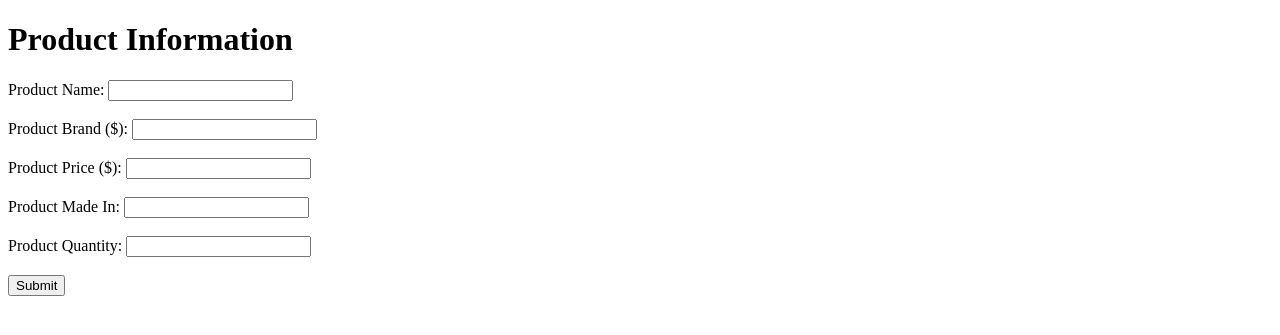
Repository: sohail1810/Product
Page: http://localhost/add-product
The author's editor kept a copy of each file at every save. The page is drawn from the files as they stood at one save, then again after the next save.
The browser window is 1280 px wide. The pictures show the whole page.
The page is this project's Thymeleaf template; nobody is signed in. The template is opened directly, without the code that normally fills it, so the values that code supplies are empty.

Above is the page before, as saved 2024-12-18 07:02:47.

### SpringBootMVC-1/src/main/resources/templates/add-product.html
<!DOCTYPE html>
<html>
<head>
<meta charset="UTF-8">

</head>
<body>
<!DOCTYPE html>
<html lang="en">
<head>
    <meta charset="UTF-8">
    <meta name="viewport" content="width=device-width, initial-scale=1.0">
    <title>Product Information Form</title>
</head>
<body>
    <h1>Product Information</h1>
    <form action="/submit" method="post">
        <label for="productname">Product Name:</label>
        <input type="text" id="productname" name="productname" required><br><br>

        <label for="productbrand">Product Brand ($):</label>
        <input type="text" id="productbrand" name="productbrand" step="0.01" required><br><br>

        <label for="productprice">Product Price ($):</label>
        <input type="number" id="productprice" name="productprice" step="0.01" required><br><br>

        <label for="productmadeIn">Product Made In:</label>
        <input type="text" id="productmadeIn" name="productmadeIn" required><br><br>

        <label for="productquantity">Product Quantity:</label>
        <input type="number" id="productquantity" name="productquantity" required><br><br>

        <button type="submit">Submit</button>
    </form>
</body>
</html>


</body>
</html>

After the next save:
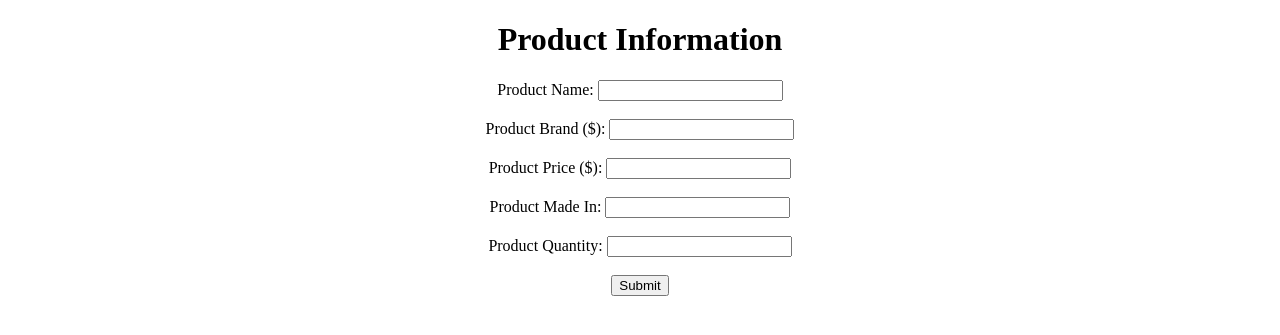
Saved 47 s later.
--- a/SpringBootMVC-1/src/main/resources/templates/add-product.html
+++ b/SpringBootMVC-1/src/main/resources/templates/add-product.html
@@ -13,7 +13,7 @@
     <title>Product Information Form</title>
 </head>
 <body>
-    <h1>Product Information</h1>
+<center>    <h1>Product Information</h1>
     <form action="/submit" method="post">
         <label for="productname">Product Name:</label>
         <input type="text" id="productname" name="productname" required><br><br>
@@ -32,6 +32,8 @@
 
         <button type="submit">Submit</button>
     </form>
+    </center>
+
 </body>
 </html>
 
